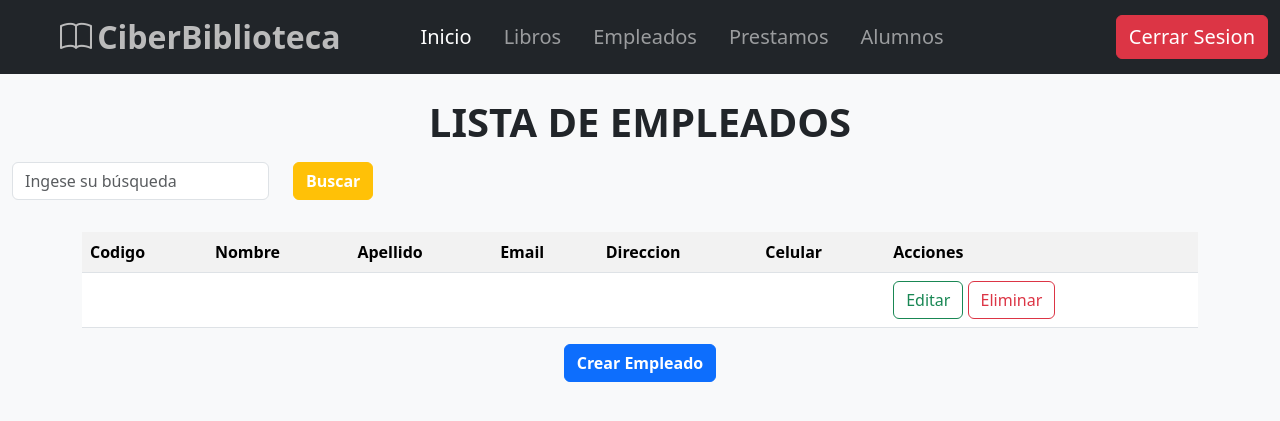
Repository: WilmerOcampo/LP1_Biblioteca
Page: http://localhost/Proyecto/listaEmpleados.jsp
The author's editor kept a copy of each file at every save. The page is drawn from the files as they stood at one save, then again after the next save.
The browser window is 1280 px wide. The pictures show the whole page.
The page is served by Tomcat 10. Other server files are loaded and not shown.

Above is the page before, as saved 2023-05-31 15:56:30.

### Proyecto/src/main/webapp/listaEmpleados.jsp
<%@ page language="java" contentType="text/html; charset=ISO-8859-1"
    pageEncoding="ISO-8859-1"%>
<!DOCTYPE html>
<html>
<head>
<meta charset="ISO-8859-1">
<title>Empleados</title>
<link href="https://cdn.jsdelivr.net/npm/bootstrap@5.3.0-alpha3/dist/css/bootstrap.min.css" rel="stylesheet"
    integrity="sha384-KK94CHFLLe+nY2dmCWGMq91rCGa5gtU4mk92HdvYe+M/SXH301p5ILy+dN9+nJOZ" crossorigin="anonymous">
<link rel="stylesheet" href="https://cdn.jsdelivr.net/npm/bootstrap-icons@1.8.1/font/bootstrap-icons.css">
</head>

<body class="bg-light">

    <!-- Inicio del menu -->
      <nav class="navbar navbar-expand-md navbar-dark bg-dark">
        <div class="container-fluid">

        <!-- icono o nombre -->
        <a class="navbar-brand" href="#" style="padding-left: 3rem; padding-right: 3rem;">
            <i class="bi bi-book" style="font-size: 2rem; color:#bbb"></i>
            <span style="font-size: 2rem; color:#bbb"><b>CiberBiblioteca</b></span>
          </a>

        <!-- boton del menu -->
        <button class="navbar-toggler" type="button" data-bs-toggle="collapse" data-bs-target="#menu" aria-controls="navbarSupportedContent" aria-expanded="false" aria-label="Toggle navigation">
            <span class="navbar-toggler-icon"></span>
        </button>

          <!-- elementos del menu colapsable -->
        <div class="collapse navbar-collapse" id="menu">
            <ul class="navbar-nav me-auto" style="font-size: 20px">
                  <li class="nav-item" style="margin:0 0.5rem">
                    <a class="nav-link active" aria-current="page" href="index.jsp">Inicio</a>
                  </li>
                  <li class="nav-item" style="margin:0 0.5rem">
                    <a class="nav-link" href="listaLibros.jsp">Libros</a>
                  </li>
                  <li class="nav-item" style="margin:0 0.5rem">
                    <a class="nav-link" href="listaEmpleados.jsp">Empleados</a>
                  </li>
                  <li class="nav-item" style="margin:0 0.5rem">
                    <a class="nav-link" href="listaPrestamos.jsp">Prestamos</a>
                  </li>
                  <li class="nav-item" style="margin:0 0.5rem">
                    <a class="nav-link" href="listaAlumnos.jsp">Alumnos</a>
                  </li>
                 </ul>

          <hr class="d-md-none text-white-50">

         <!--boton Informacion -->
          <form class="d-flex">
            <button class="btn btn-danger d-none d-md-inline-block " type="submit" style="font-size: 20px;">Cerrar Sesion</button>
          </form>
        </div>
        </div>
      </nav>

	<br>
    <h1 class="d-flex justify-content-center" style="text-transform: uppercase;"><strong>Lista de Empleados</strong></h1>

    <nav class="navbar">
        <div class="container-fluid">
            <form class="d-flex" role="search">
                <input class="form-control me-4" type="search" placeholder="Ingese su búsqueda" aria-label="Search">
                <button class="btn btn-warning" type="submit" style="color: #fff; font-weight:600">Buscar</button>
            </form>
        </div>
    </nav><br>

    <div class="container">

        <table class="table table-striped">
            <tr>
                <th scope="col">Codigo</th>
                <th scope="col">Nombre</th>
                <th scope="col">Apellido</th>
                <th scope="col">Email</th>
                <th scope="col">Direccion</th>
                <th scope="col">Celular</th>
                <th scope="col">Acciones</th>
            </tr>

            <tr>
                <th></th>
                <td></td>
                <td></td>
                <td></td>
                <td></td>
                <td></td>
                <td><a class="btn btn-outline-success" href="">Editar</a>
                    <a class="btn btn-outline-danger" href="#" onclick="confirmarEliminacion()">Eliminar</a>
                </td>
            </tr>
        </table>

        <div class="d-flex justify-content-center">
            <input class="btn btn-primary" type="button" value="Crear Empleado" style="color: #fff; font-weight:600"
                onclick="window.location.href='registrarEmpleado.jsp'">
        </div>

    </div>

    <script src="https://cdn.jsdelivr.net/npm/bootstrap@5.3.0-alpha3/dist/js/bootstrap.bundle.min.js"
        integrity="sha384-ENjdO4Dr2bkBIFxQpeoTz1HIcje39Wm4jDKdf19U8gI4ddQ3GYNS7NTKfAdVQSZe"
        crossorigin="anonymous"></script>

<script>
	function confirmarEliminacion(codigo) {
		if (confirm("¿Estás seguro de que deseas eliminar este registro?")) {
			window.location.href = "ControladorClientes?instruccion=eliminar&codigo=" + codigo;
		}
	}
</script>

</body>
</html>

After the next save:
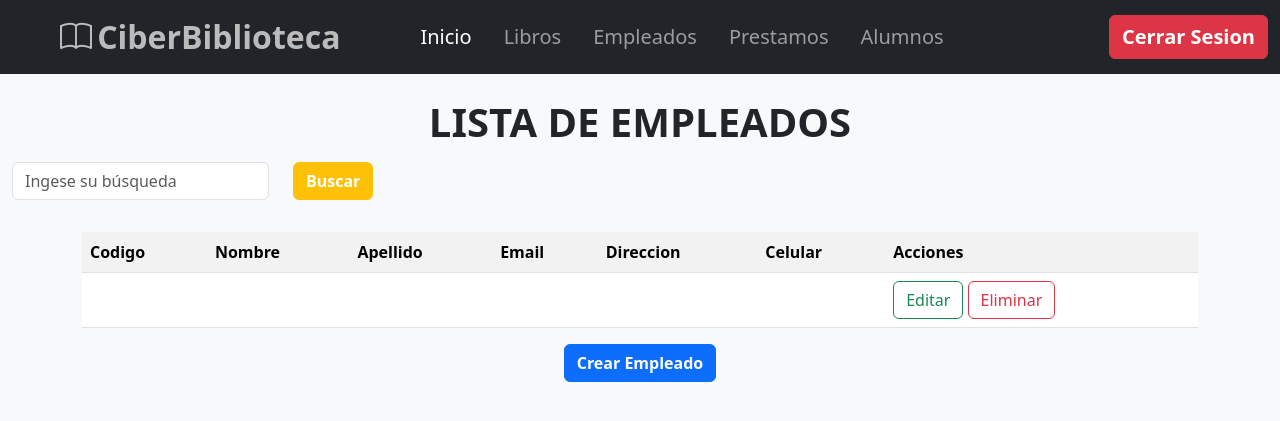
Saved 14 s later.
--- a/Proyecto/src/main/webapp/listaEmpleados.jsp
+++ b/Proyecto/src/main/webapp/listaEmpleados.jsp
@@ -51,7 +51,7 @@
 
          <!--boton Informacion -->
           <form class="d-flex">
-            <button class="btn btn-danger d-none d-md-inline-block " type="submit" style="font-size: 20px;">Cerrar Sesion</button>
+            <button class="btn btn-danger d-none d-md-inline-block " type="submit" style="font-size: 20px; font-weight:600">Cerrar Sesion</button>
           </form>
         </div>
         </div>
